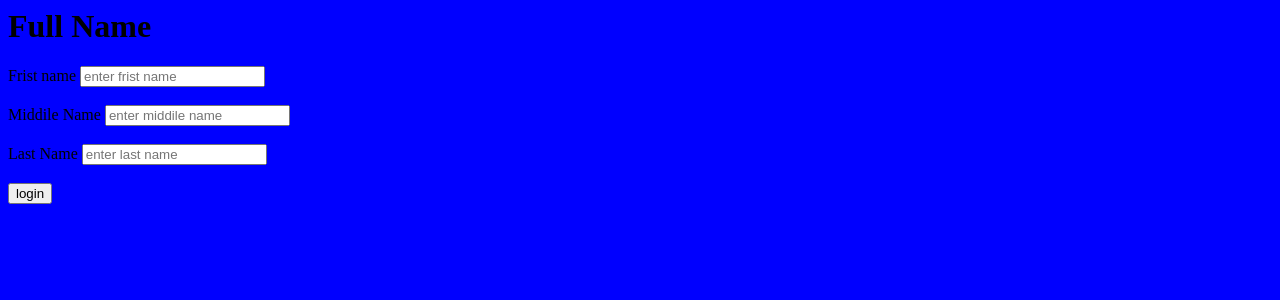
Repository: kumarapala/adv-java
Page: FullName/src/main/webapp/form.html
An editor plug-in stored every save of this project. The page is shown before and after the next save, followed by the edit.
The browser window is 1280 px wide. The pictures show the whole page.

Above is the page before, as saved 2024-02-07 03:13:26.

After the next save:
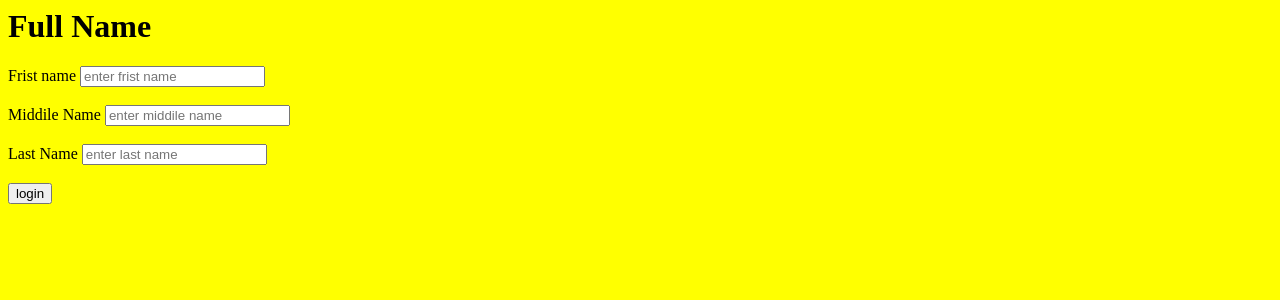
Saved 83 s later.
--- a/FullName/src/main/webapp/form.html
+++ b/FullName/src/main/webapp/form.html
@@ -2,7 +2,7 @@
 	<head>
 	<title>Full Name</title>
 	</head>
-	<body bgcolor = "blue">
+	<body bgcolor = "yellow">
 	<h1>Full Name</h1>
 	<form method = "get" action = "FullName">
 	<label>Frist name</label>
@@ -11,7 +11,7 @@
 	<br><br>
 	<label>Middile Name</label>
 	<input type = "text" name = "Middile Name"
-	placeholder ="enter middile name" />
+	placeholder ="enter middile name" required/>
 	<br><br>
 	<label>Last Name</label>
 	<input type = "text" name = "Last Name"
